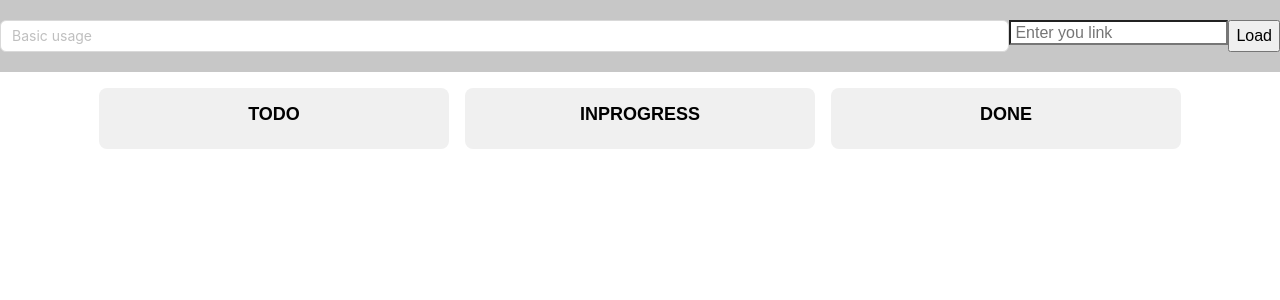
Repository: dVaselevsliy/kanban-test
Page: /
The author's editor kept a copy of each file at every save. The page is drawn from the files as they stood at one save, then again after a run of saves.
The browser window is 1280 px wide. The pictures show the whole page.
The project was rebuilt for these pictures with package versions that can differ from the ones it lists, and the page was loaded fresh each time. Also part of the build but not shown: vite.config.ts, src/helpers/timeAgo.js, src/components/Issue.tsx.

Above is the page before, as saved 2025-03-03 01:41:47.

After the next 2 saves:
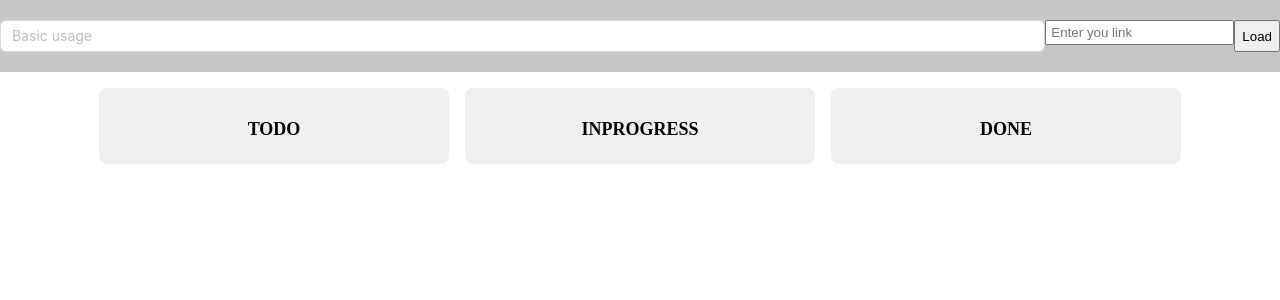
The 2 saves are shown as one change because they came seconds apart.
The last was saved 5 s later.
--- a/src/App.tsx
+++ b/src/App.tsx
@@ -3,7 +3,6 @@ import KanbanBoard from "./components/KanbanBoard"
 import { useAppDispatch, useAppSelector } from "./redux/hooks"
 import { setIssues, setLink, setQuery} from "./array/dataArray"
 import { getGitHubLink } from "./api"
-import 'antd/dist/reset.css';
 import { Input } from 'antd';
 
 

After the save that followed:
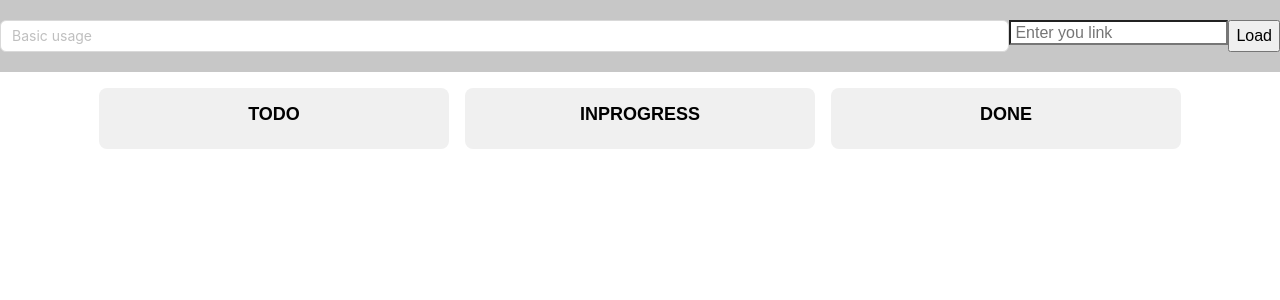
Saved 6 s later.
--- a/src/main.tsx
+++ b/src/main.tsx
@@ -1,6 +1,7 @@
 import { StrictMode } from 'react'
 import { createRoot } from 'react-dom/client'
 import App from './App.tsx'
+import 'antd/dist/reset.css';
 import './styles/styles.scss'
 import { Provider } from 'react-redux'
 import { store } from './redux/store.ts'
